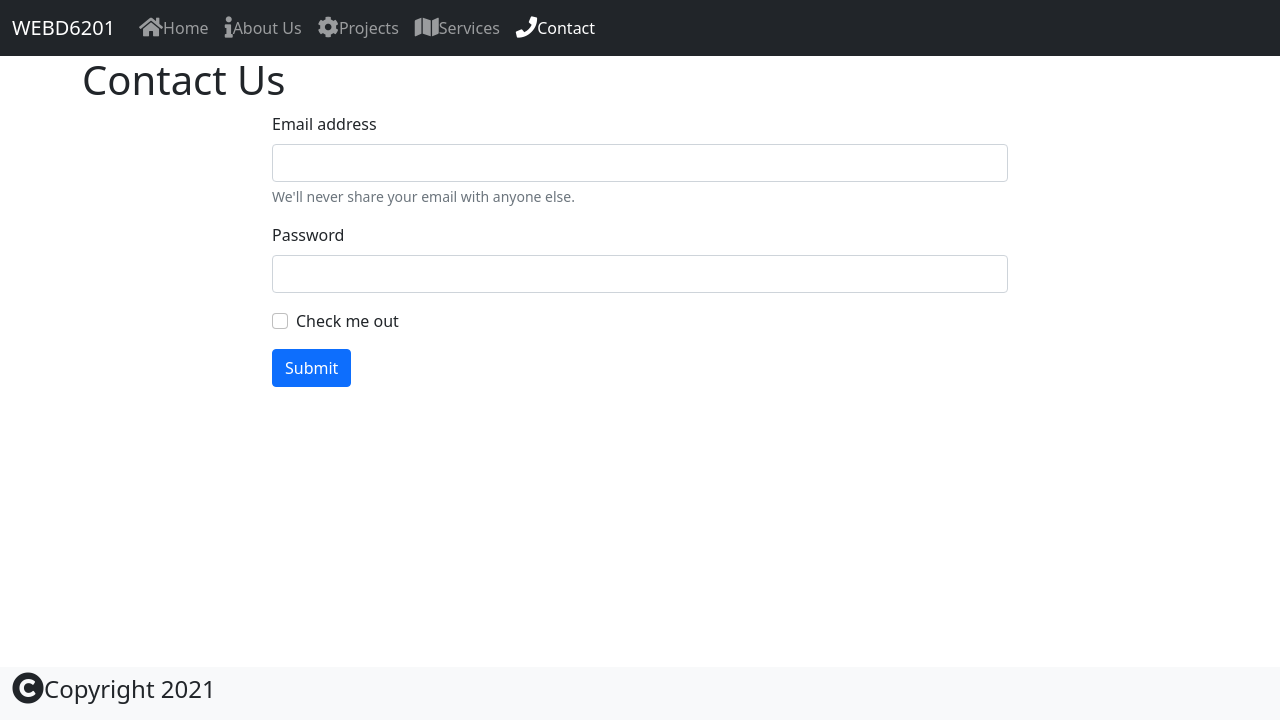
Repository: deividwsantoss/webd6201-W2021-ICE1
Page: contact.html
An editor plug-in stored every save of this project. The page is shown before and after the next save, followed by the edit.
The browser window is 1280 px wide. The pictures show the whole page.

Above is the page before, as saved 2021-02-02 12:51:44.

After the next save:
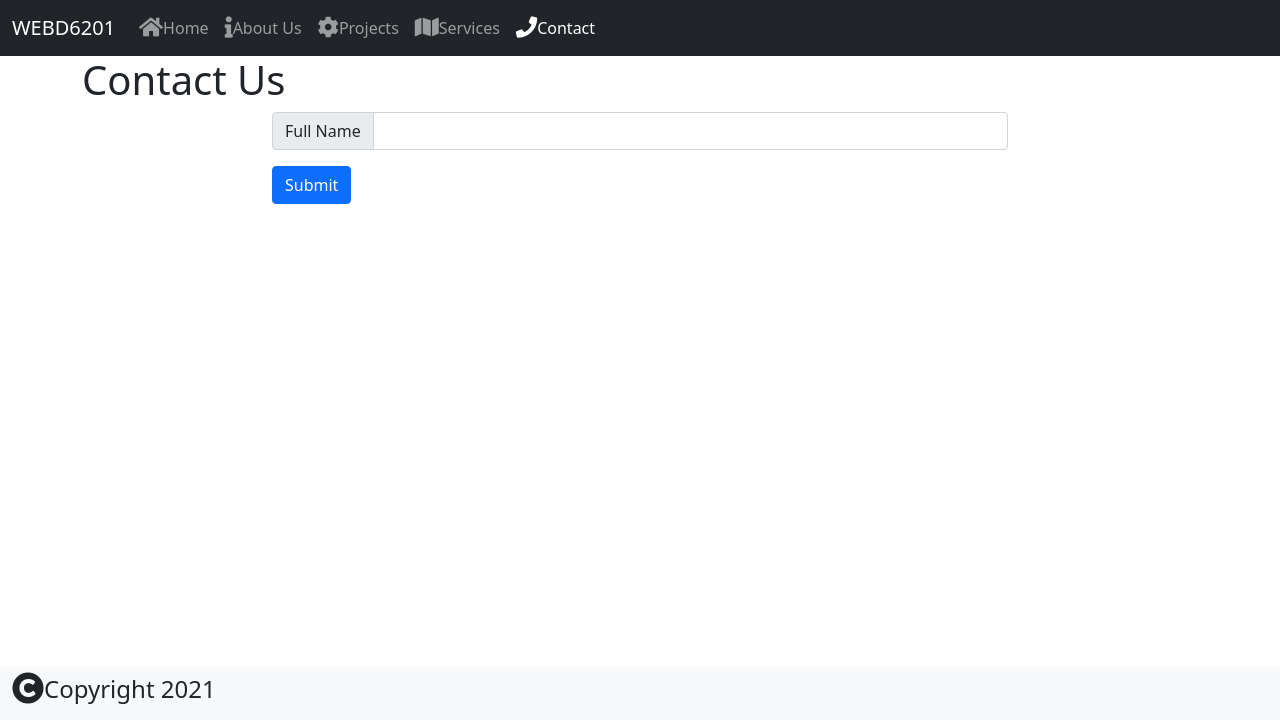
Saved 7 min 59 s later.
--- a/contact.html
+++ b/contact.html
@@ -51,19 +51,13 @@
         <div class="row justify-content-lg-center">
 
         <form class="col-lg-8 col-md-8 col-sm-10">
-          <div class="mb-3">
-            <label for="exampleInputEmail1" class="form-label">Email address</label>
-            <input type="email" class="form-control" id="exampleInputEmail1" aria-describedby="emailHelp">
-            <div id="emailHelp" class="form-text">We'll never share your email with anyone else.</div>
+
+
+          <div class="input-group mb-3">
+            <span class="input-group-text" id="inputGroup-sizing-default">Full Name</span>
+            <input type="text" class="form-control" aria-label="Sizing example input" aria-describedby="inputGroup-sizing-default">
           </div>
-          <div class="mb-3">
-            <label for="exampleInputPassword1" class="form-label">Password</label>
-            <input type="password" class="form-control" id="exampleInputPassword1">
-          </div>
-          <div class="mb-3 form-check">
-            <input type="checkbox" class="form-check-input" id="exampleCheck1">
-            <label class="form-check-label" for="exampleCheck1">Check me out</label>
-          </div>
+
           <button type="submit" class="btn btn-primary">Submit</button>
         </form>
       </div>
